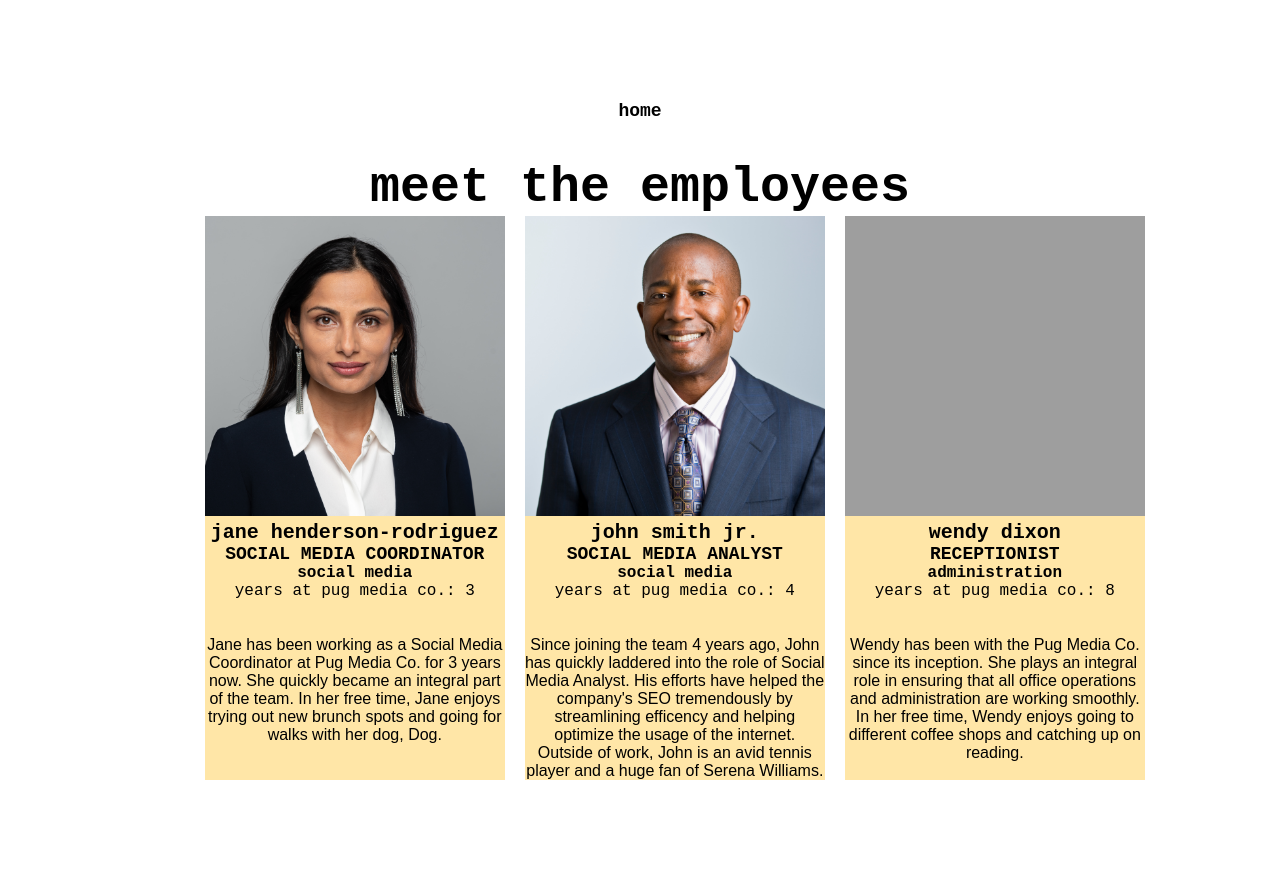
Repository: cheungglenda/MDIA2109-Week3
Page: /about
An editor plug-in stored every save of this project. The page is shown before and after the next save, followed by the edit.
The browser window is 1280 px wide. The pictures show the whole page.
Pictures or frames that could not be fetched are drawn as grey boxes. The project was rebuilt for these pictures with package versions that can differ from the ones it lists, and the page was loaded fresh each time. The framework's server and built-in components were replaced by stand-ins that run in the browser. Also part of the build but not shown: next.config.js.

Above is the page before, as saved 2023-01-20 12:40:07.

After the next save:
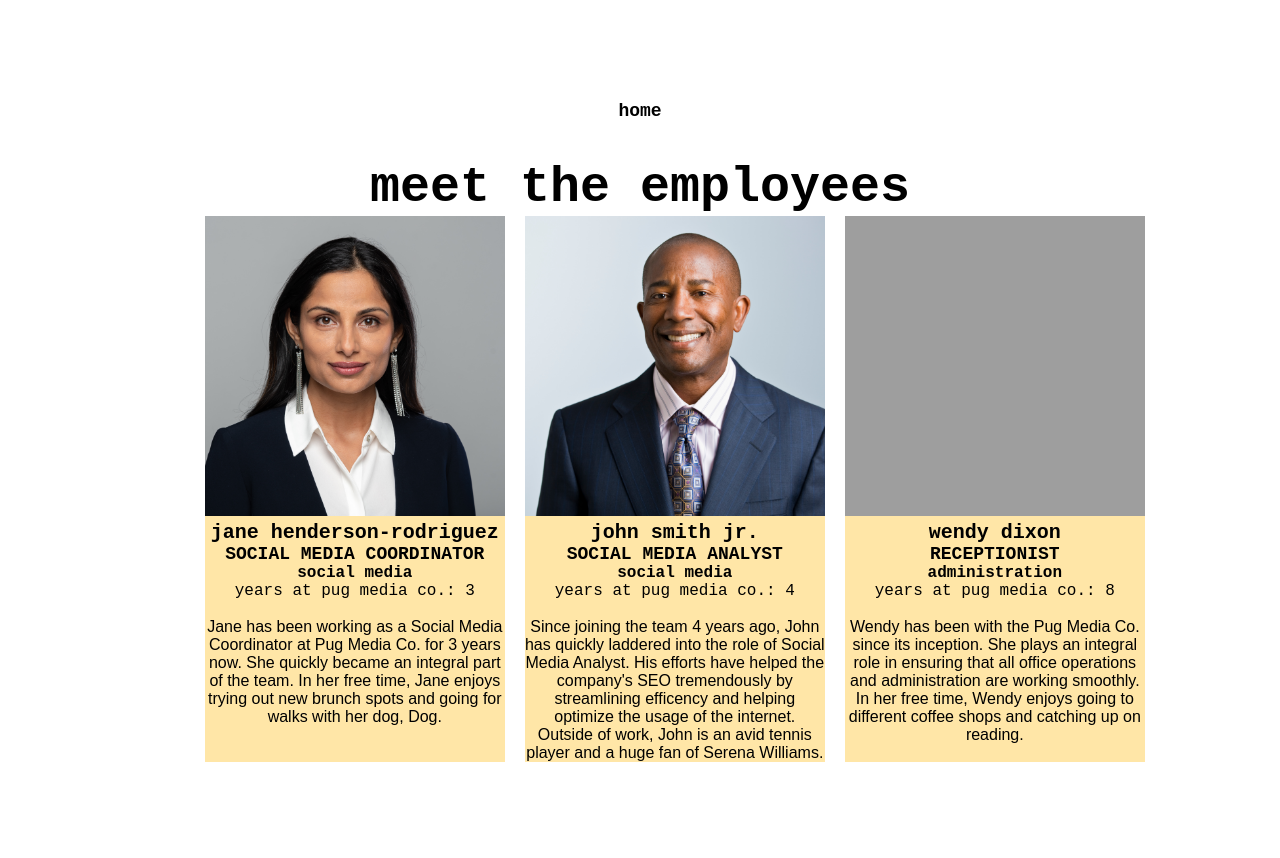
Saved 11 s later.
--- a/components/EmployeeCard/index.js
+++ b/components/EmployeeCard/index.js
@@ -22,7 +22,7 @@ export default function EmployeeCard({
             <h1 style={{textTransform: "lowercase", fontSize: 20}}></h1>
             <h2 style={{fontFamily:"'Courier New', Courier, monospace", textTransform: "uppercase", fontSize: 18}}>{jobtitle}</h2>
             <h3 style={{fontFamily:"'Courier New', Courier, monospace", textTransform: "lowercase", fontSize: 16, fontweight:500}}>{department}</h3>
-            <h4 style={{textTransform:"lowercase", fontSize:16, fontWeight:100}}>Years at Pug Media Co.: {yearsworked}</h4><br></br><br></br>
+            <h4 style={{textTransform:"lowercase", fontSize:16, fontWeight:100}}>Years at Pug Media Co.: {yearsworked}</h4><br></br>
             <p style={{fontFamily: "Arial, Helvetica, sans-serif"}}>{description}</p>
         </div>
     )
